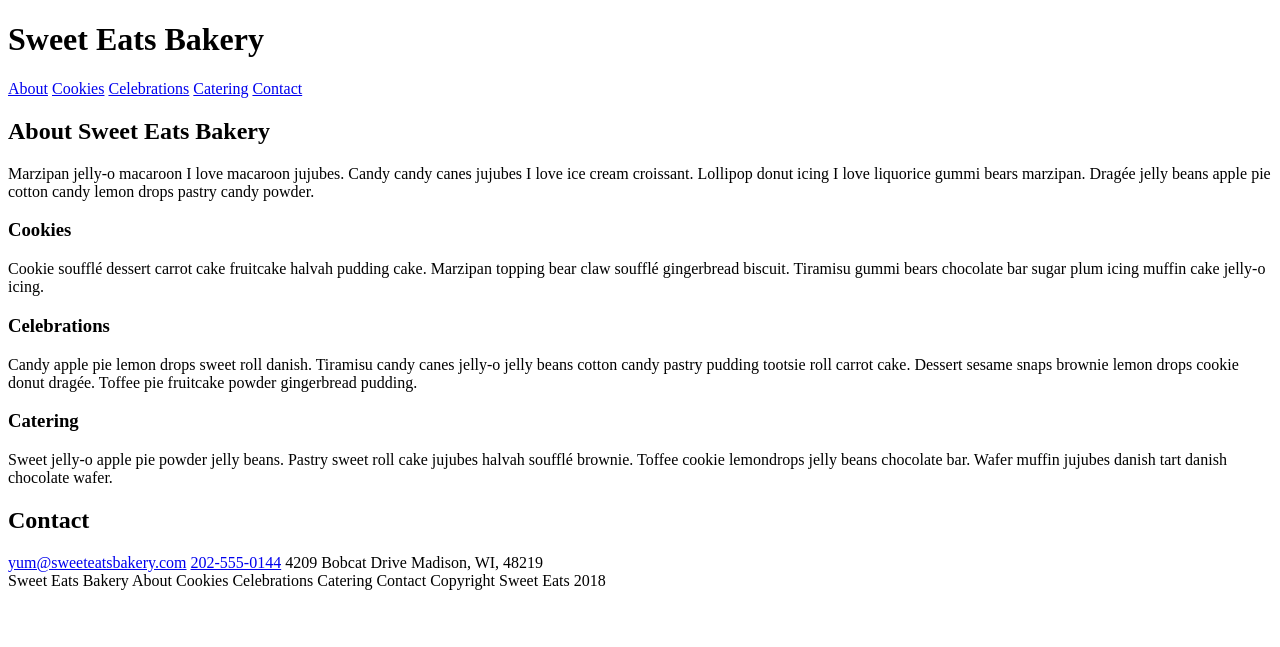
Repository: yoshimario/web-module-challenge-user-interface
Page: index.html
An editor plug-in stored every save of this project. The page is shown before and after a run of saves, followed by the edit.
The browser window is 1280 px wide. The pictures show the whole page.
Some web fonts or font styles are not loaded; a fallback is used.

Above is the page before, as saved 2023-05-15 00:26:05.

After the next 2 saves:
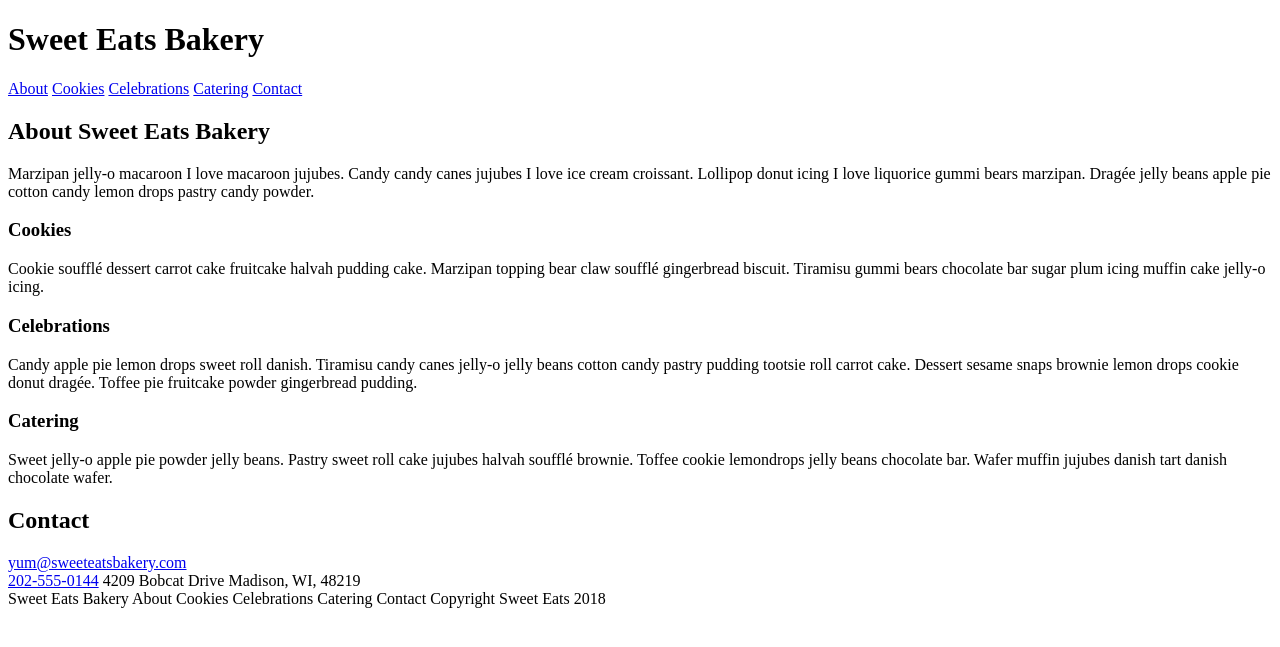
The 2 saves are shown as one change because they came seconds apart.
The last was saved 58 s later.
--- a/index.html
+++ b/index.html
@@ -58,7 +58,7 @@ lemondrops jelly beans chocolate bar. Wafer muffin jujubes danish tart danish ch
 <section>
 <h2>Contact</h2>
 
-<a href="mailto:yum@sweeteatsbakery.com">yum@sweeteatsbakery.com</a>
+<a href="mailto:yum@sweeteatsbakery.com">yum@sweeteatsbakery.com</a><br>
 <a href="tel:202-555-0144">202-555-0144</a>
 4209 Bobcat Drive
 Madison, WI, 48219
